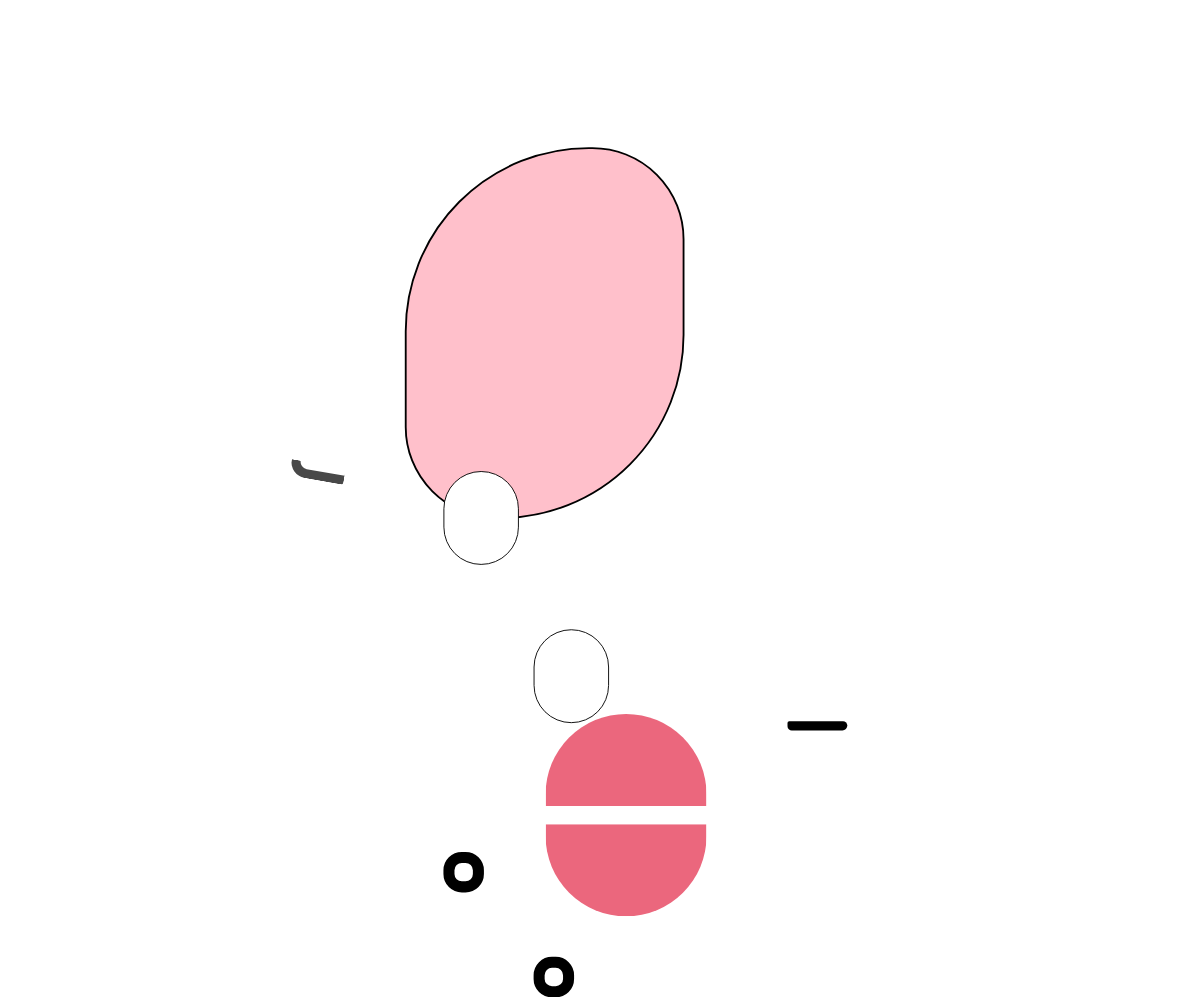
Repository: rodwestmoreland/1150
Page: cssCritter/index.html
An editor plug-in stored every save of this project. The page is shown before and after the next save, followed by the edit.
The browser window is 1280 px wide. The pictures show the whole page, at 92% of full size.

Above is the page before, as saved 2021-01-25 22:08:15.

After the next save:
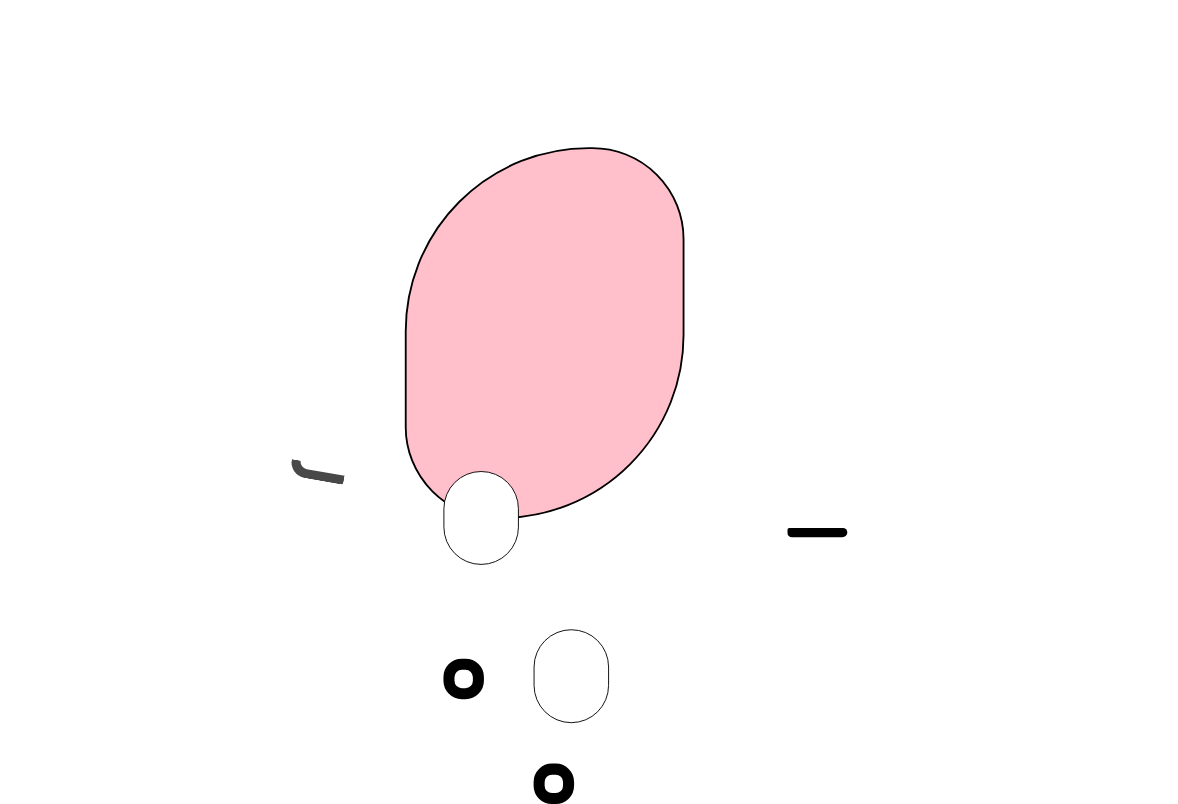
Saved 12 s later.
--- a/cssCritter/index.html
+++ b/cssCritter/index.html
@@ -13,7 +13,7 @@
           <div class="left-eye"></div>
 
           <div class="right-eye"></div>
-          <div class="mouth"></div>
+
 
           <div class="left-pupil"></div>
 
